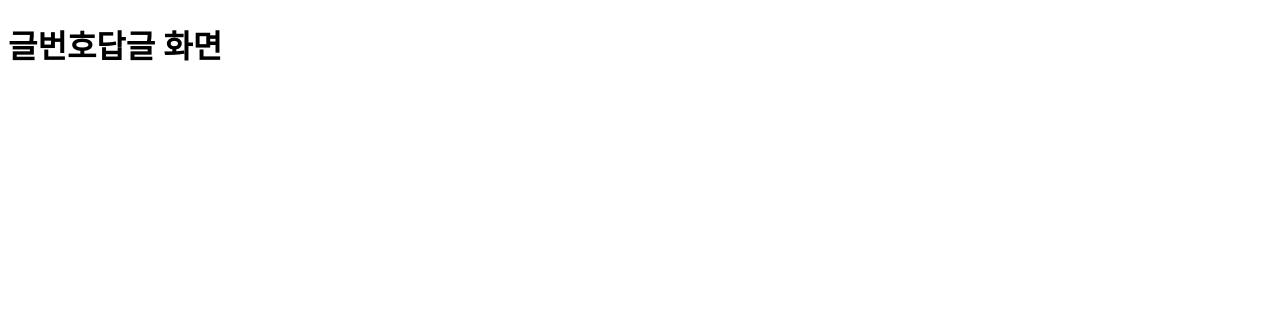
Repository: rmh6363/javastudy
Page: http://localhost/MyBoard/reply.jsp
An editor plug-in stored every save of this project. The page is shown before and after the next save, followed by the edit.
The browser window is 1280 px wide. The pictures show the whole page.
The page is served by Tomcat 9. Other server files are loaded and not shown.

Above is the page before, as saved 2021-01-05 07:06:47.

### MyBoard/WebContent/reply.jsp
<%@ page language="java" contentType="text/html; charset=UTF-8"
    pageEncoding="UTF-8"%>
     <%@ taglib uri="http://java.sun.com/jsp/jstl/core" prefix="c" %>
    <%@ taglib uri="http://java.sun.com/jsp/jstl/fmt" prefix="fmt" %>
    <%@ taglib uri="http://java.sun.com/jsp/jstl/functions" prefix="fn" %>
<!DOCTYPE html>
<html>
<head>
<meta charset="UTF-8">
<title>답글 화면</title>
<script src="https://ajax.googleapis.com/ajax/libs/jquery/3.5.1/jquery.min.js"></script>
</head>
<body>
<h1>글번호${param.num}답글 화면</h1>
<form action="reply.do" method="post">

	<input type="hidden" name="num" value="${param.num}"><br>




</form>



</body>
</html>

After the next save:
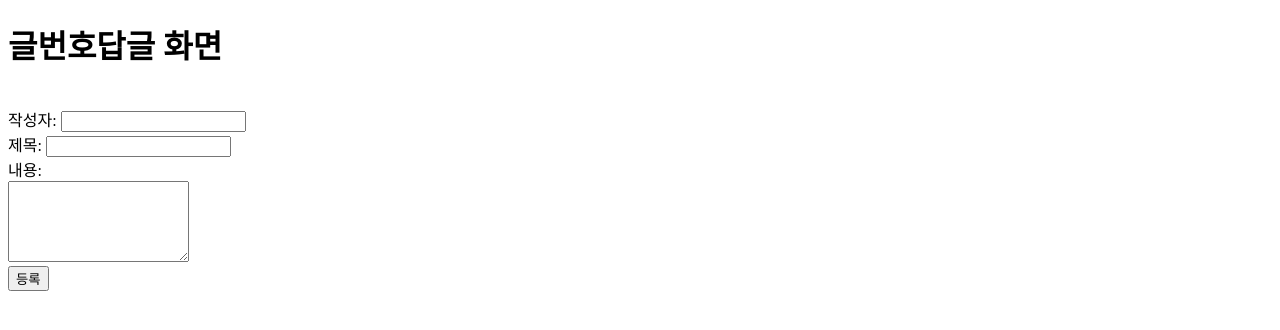
Saved 83 s later.
--- a/MyBoard/WebContent/reply.jsp
+++ b/MyBoard/WebContent/reply.jsp
@@ -15,6 +15,11 @@
 <form action="reply.do" method="post">
 
 	<input type="hidden" name="num" value="${param.num}"><br>
+	작성자: <input name="author"><br>
+	제목: <input name="title"><br>
+	내용:<br>
+	<textarea rows="5" name="content"></textarea><br>
+	<input type="submit" value="등록">
 
 
 
